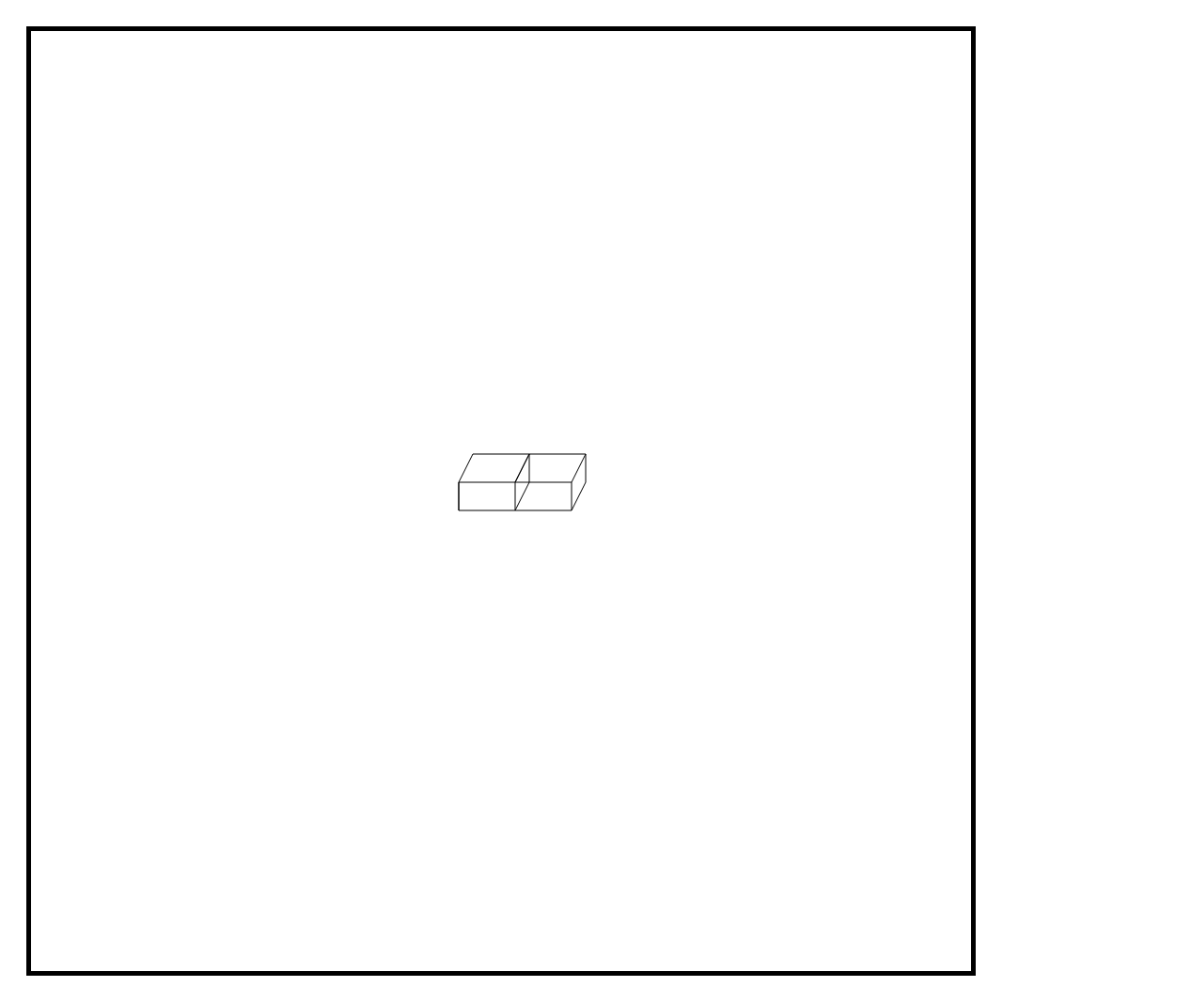
Repository: ejrtn/springbootMaven
Page: deoksu/src/main/resources/static/space3.html
These files come from the project's save history. The page is drawn as it stood at one moment and after the next save; the edit follows.
The browser window is 1280 px wide. The pictures show the whole page, at 94% of full size.

Above is the page before, as saved 2021-04-09 12:28:36.

After the next save:
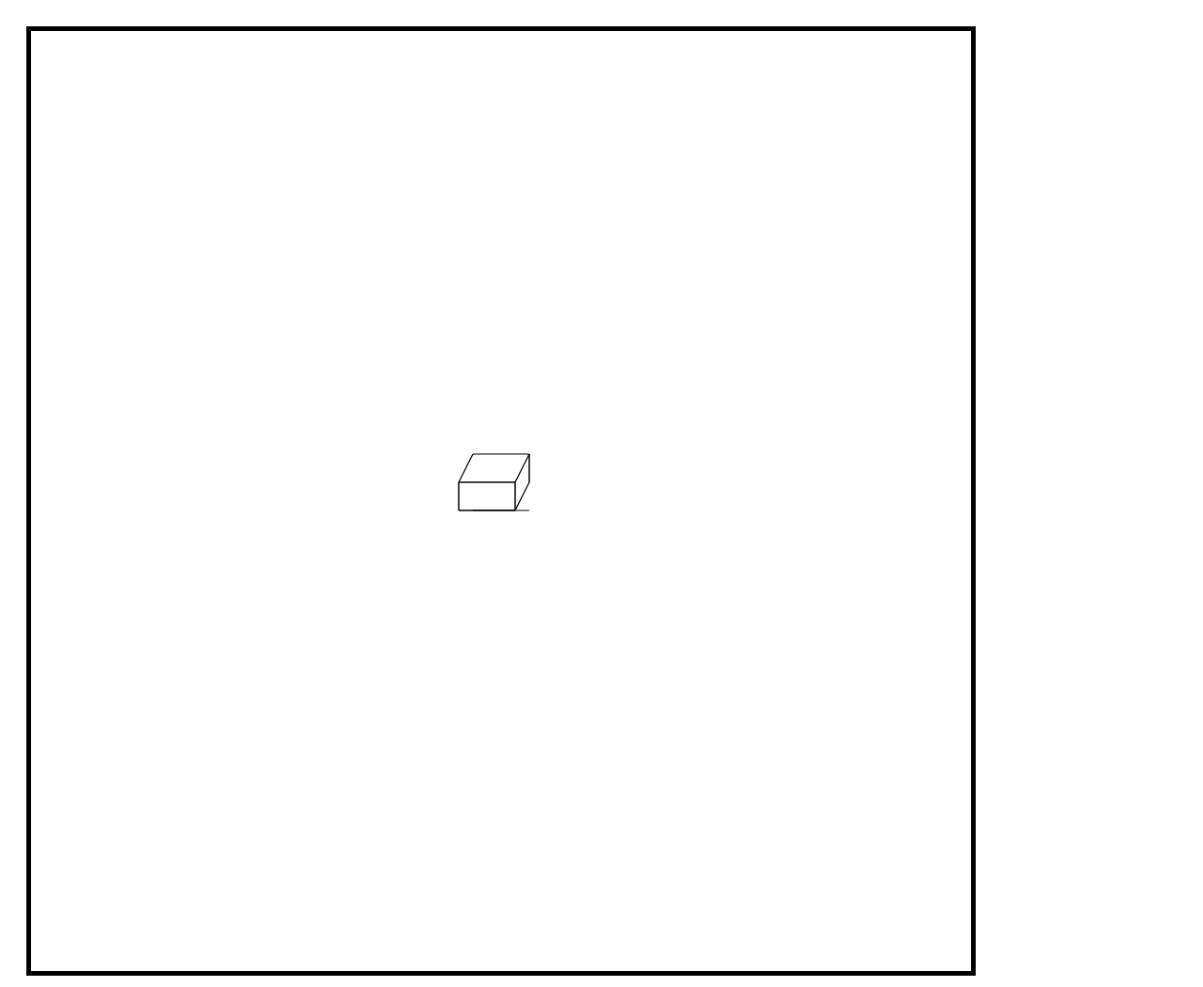
Saved 32 s later.
--- a/deoksu/src/main/resources/static/space3.html
+++ b/deoksu/src/main/resources/static/space3.html
@@ -49,40 +49,40 @@
 
 
 // 	가로1
-	ctx.moveTo(470+60, 450);
-	ctx.lineTo(530+60, 450);
+	ctx.moveTo(470, 450+60);
+	ctx.lineTo(530, 450+60);
 
 // 	가로2
-	ctx.moveTo(455+60, 480);
-	ctx.lineTo(515+60, 480);
+	ctx.moveTo(455, 480);
+	ctx.lineTo(515, 480);
 
 // 	가로3
-	ctx.moveTo(455+60, 510);
-	ctx.lineTo(515+60, 510);
+	ctx.moveTo(455, 510);
+	ctx.lineTo(515, 510);
 
 // 	사선(/)1
-	ctx.moveTo(470+60, 450);
-	ctx.lineTo(455+60, 480);
+	ctx.moveTo(470, 450);
+	ctx.lineTo(455, 480);
 
 // 	사선(/)2
-	ctx.moveTo(530+60, 450);
-	ctx.lineTo(515+60, 480);
+	ctx.moveTo(530, 450);
+	ctx.lineTo(515, 480);
 
 // 	사선(/)3
-	ctx.moveTo(530+60, 480);
-	ctx.lineTo(515+60, 510);
+	ctx.moveTo(530, 480);
+	ctx.lineTo(515, 510);
 
 // 	세로1
 	ctx.moveTo(455, 480);
 	ctx.lineTo(455, 510);
 
 // 	세로2
-	ctx.moveTo(515+60, 480);
-	ctx.lineTo(515+60, 510);
+	ctx.moveTo(515, 480);
+	ctx.lineTo(515, 510);
 
 // 	세로3
-	ctx.moveTo(530+60, 450);
-	ctx.lineTo(530+60, 480);
+	ctx.moveTo(530, 450);
+	ctx.lineTo(530, 480);
 
 
 	ctx.stroke();
